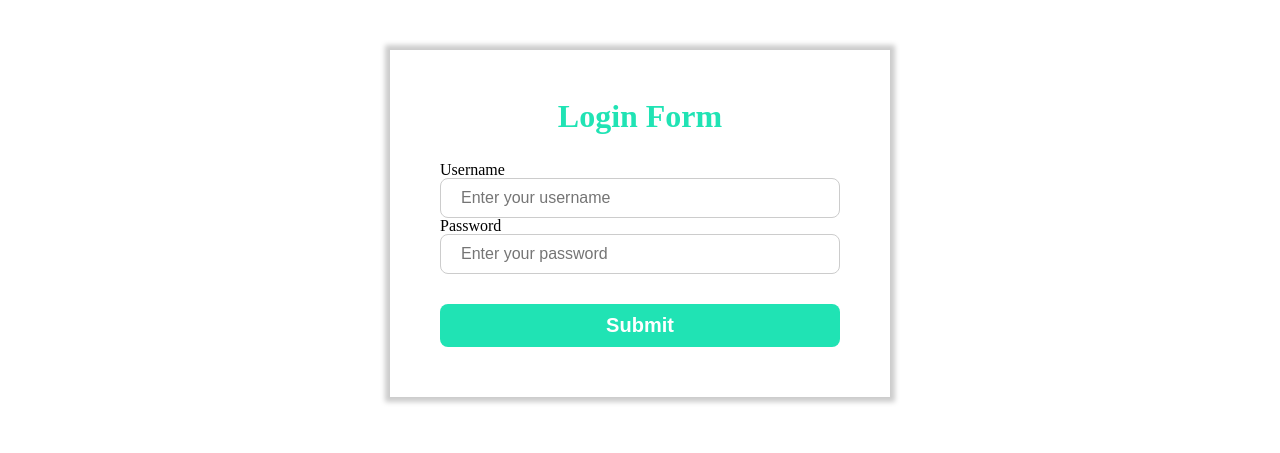
Repository: Trung0810/btl_cnpm_fe
Page: /
These files come from the project's save history. The page is drawn as it stood at one moment and after a run of saves; the edit follows.
The browser window is 1280 px wide. The pictures show the whole page.
The project was rebuilt for these pictures with package versions that can differ from the ones it lists, and the page was loaded fresh each time. Also part of the build but not shown: src/components/header/header.css, src/components/header/Header.js, src/components/footer/Footer.css, src/components/footer/Footer.js, src/components/shoes_list/ShoesCard.css, src/components/shoes_list/ShoesCard.js, src/components/shoes_list/ShoesList.css, src/components/shoes_list/ShoesList.js and 14 more.

Above is the page before, as saved 2026-03-31 09:14:48.

### public/index.html
<!doctype html>
<html lang="en">
  <head>
    <meta charset="utf-8" />
    <link rel="icon" href="%PUBLIC_URL%/favicon.ico" />
    <meta name="viewport" content="width=device-width, initial-scale=1" />
    <meta name="theme-color" content="#000000" />
    <meta
      name="description"
      content="Web site created using create-react-app"
    />
    <link rel="apple-touch-icon" href="%PUBLIC_URL%/logo192.png" />
    <!--
      manifest.json provides metadata used when your web app is installed on a
      user's mobile device or desktop. See https://developers.google.com/web/fundamentals/web-app-manifest/
    -->
    <link rel="manifest" href="%PUBLIC_URL%/manifest.json" />
    <!--
      Notice the use of %PUBLIC_URL% in the tags above.
      It will be replaced with the URL of the `public` folder during the build.
      Only files inside the `public` folder can be referenced from the HTML.

      Unlike "/favicon.ico" or "favicon.ico", "%PUBLIC_URL%/favicon.ico" will
      work correctly both with client-side routing and a non-root public URL.
      Learn how to configure a non-root public URL by running `npm run build`.
    -->
    <link rel="preconnect" href="https://fonts.googleapis.com" />
    <link rel="preconnect" href="https://fonts.gstatic.com" crossorigin />
    <link
      href="https://fonts.googleapis.com/css2?family=DM+Sans:ital,opsz,wght@0,9..40,100..1000;1,9..40,100..1000&family=Oswald:wght@200..700&display=swap"
      rel="stylesheet"
    />
    <title>React App</title>
  </head>
  <body>
    <noscript>You need to enable JavaScript to run this app.</noscript>
    <div id="root"></div>
    <!--
      This HTML file is a template.
      If you open it directly in the browser, you will see an empty page.

      You can add webfonts, meta tags, or analytics to this file.
      The build step will place the bundled scripts into the <body> tag.

      To begin the development, run `npm start` or `yarn start`.
      To create a production bundle, use `npm run build` or `yarn build`.
    -->
  </body>
</html>

### src/index.js
import React from "react";
import ReactDOM from "react-dom/client";
import App from "./App";
import reportWebVitals from "./reportWebVitals";
import "./index.css";
import "./reset.css";
import "@fortawesome/fontawesome-free/css/all.min.css";

const root = ReactDOM.createRoot(document.getElementById("root"));
root.render(
  <React.StrictMode>
    <App />
  </React.StrictMode>,
);

// If you want to start measuring performance in your app, pass a function
// to log results (for example: reportWebVitals(console.log))
// or send to an analytics endpoint. Learn more: https://bit.ly/CRA-vitals
reportWebVitals();

### src/App.js
import { Fragment } from "react";
import Header from "./components/header/Header";
import Footer from "./components/footer/Footer";
import HomePage from "./components/home_page/HomePage";
import ShoesPage from "./components/shoes_page/ShoesPage";
import LoginForm from "./components/login_form/LoginForm";
import "./App.css";

function App() {
  return (
    <Fragment>
      {/* <Header></Header>
      <HomePage></HomePage>
      <ShoesPage></ShoesPage>
      <Footer></Footer> */}
      <LoginForm></LoginForm>
    </Fragment>
  );
}

export default App;

### src/index.css
body {
  margin: 0;
  font-family:
    -apple-system, BlinkMacSystemFont, "Segoe UI", "Roboto", "Oxygen", "Ubuntu",
    "Cantarell", "Fira Sans", "Droid Sans", "Helvetica Neue", sans-serif;
  -webkit-font-smoothing: antialiased;
  -moz-osx-font-smoothing: grayscale;
  font-family: "DM Sans", sans-serif;
}
body::-webkit-scrollbar {
  display: none;
}
code {
  font-family:
    source-code-pro, Menlo, Monaco, Consolas, "Courier New", monospace;
}
* {
  box-sizing: border-box;
}

### src/components/login_form/LoginForm.js
import React from "react";
import { useForm } from "react-hook-form";
import { yupResolver } from "@hookform/resolvers/yup";
import * as yup from "yup";
import "./LoginForm.css";

const LoginForm = () => {
  const schema = yup.object({
    username: yup
      .string()
      .required("Please enter your user name!")
      .min(8, "Must be at least 8 characters!")
      .max(16, "Must be at most 16 characters!"),
    password: yup.string().required(),
  });

  const {
    register,
    handleSubmit,
    formState: { errors, isValid },
  } = useForm({
    mode: "onChange",
    resolver: yupResolver(schema),
  });

  const submit = (values) => {
    console.log(values);
  };

  return (
    <form className="login-form" onSubmit={handleSubmit(submit)}>
      <h2 className="login-form-title">Login Form</h2>
      <div className="login-form-wrapper">
        <label htmlFor="username">Username</label>
        <input
          type="text"
          id="username"
          className="login-form-input"
          placeholder="Enter your username"
          {...register("username")}
        />
        {errors.username && (
          <div className="login-form-error">{errors.username.message}</div>
        )}
      </div>
      <div className="login-form-wrapper">
        <label htmlFor="password">Password</label>
        <input
          type="text"
          id="password"
          className="login-form-input"
          placeholder="Enter your password"
          {...register("password")}
        />
        {errors.password && (
          <div className="login-form-error">{errors.password.message}</div>
        )}
      </div>
      <button
        type="submit"
        className="login-form-button"
        style={{ pointerEvents: isValid ? "" : "none" }}
      >
        Submit
      </button>
    </form>
  );
};

export default LoginForm;

### src/App.css
input {
  display: block;
  height: 40px;
  font-size: 16px;
  padding: 10px 20px;
  border: 1px solid #ccc;
  border-radius: 8px;
  outline: none;
}
button {
  display: block;
  width: 200px;
  padding: 10px 30px;
  font-size: 24px;
  font-weight: 500;
  border-radius: 8px;
  border: none;
  outline: none;
  cursor: pointer;
}

### src/components/login_form/LoginForm.css
.login-form {
  width: 500px;
  padding: 50px;
  margin: 50px auto;
  box-shadow: 0 0 5px 5px #ccc;
}
.login-form-title {
  font-size: 32px;
  font-weight: bold;
  color: #20e3b4;
  text-align: center;
  margin-bottom: 30px;
}
.login-form-wrapper {
  display: flex;
  flex-direction: column;
}
.login-form-error {
  font-weight: 500;
  color: #de4242;
  margin-top: -20px;
  margin-bottom: 20px;
}
.login-form-radio {
  margin-bottom: 20px;
}
.login-form-button {
  width: 100%;
  background-color: #20e3b4;
  font-size: 20px;
  font-weight: bold;
  color: #fff;
  margin-top: 30px;
}

Loaded but not shown: src/reportWebVitals.js (common file); src/reset.css (common file)

After the next 2 saves:
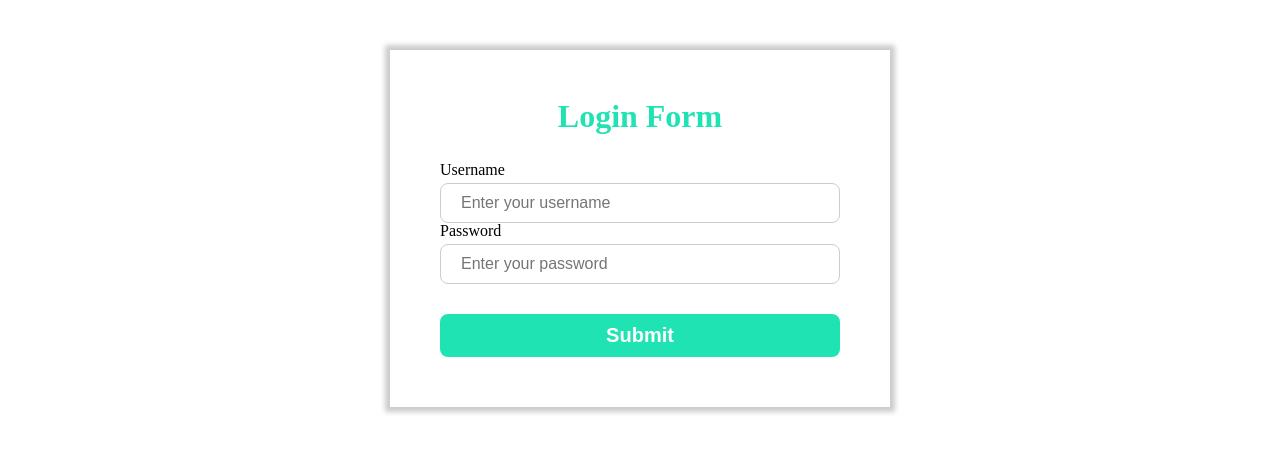
The 2 saves are shown as one change because they came seconds apart.
The last was saved 45 s later.
--- a/src/components/login_form/LoginForm.css
+++ b/src/components/login_form/LoginForm.css
@@ -14,6 +14,7 @@
 .login-form-wrapper {
   display: flex;
   flex-direction: column;
+  row-gap: 5px;
 }
 .login-form-error {
   font-weight: 500;
